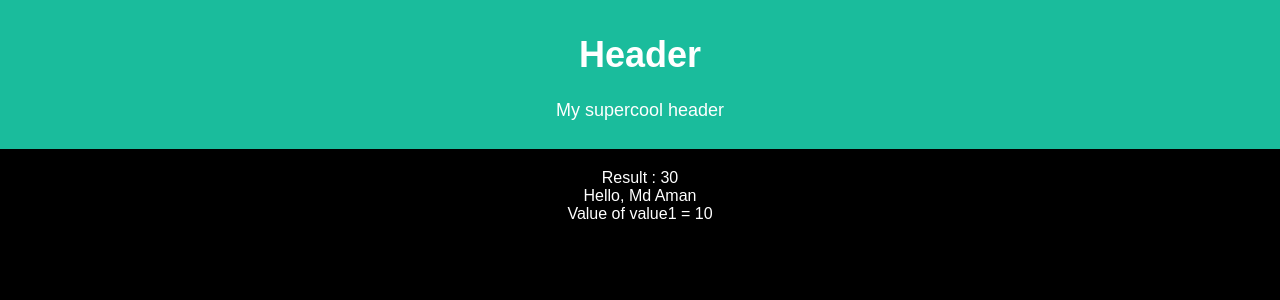
Repository: md-aman-git/Java-Repo-Epam
Page: http://localhost/DemoAppJSP/jspTags.jsp
The author's editor kept a copy of each file at every save. The page is drawn from the files as they stood at one save, then again after the next save.
The browser window is 1280 px wide. The pictures show the whole page.
The page is served by Tomcat 9.

Above is the page before, as saved 2022-03-06 17:26:51.

After the next save:
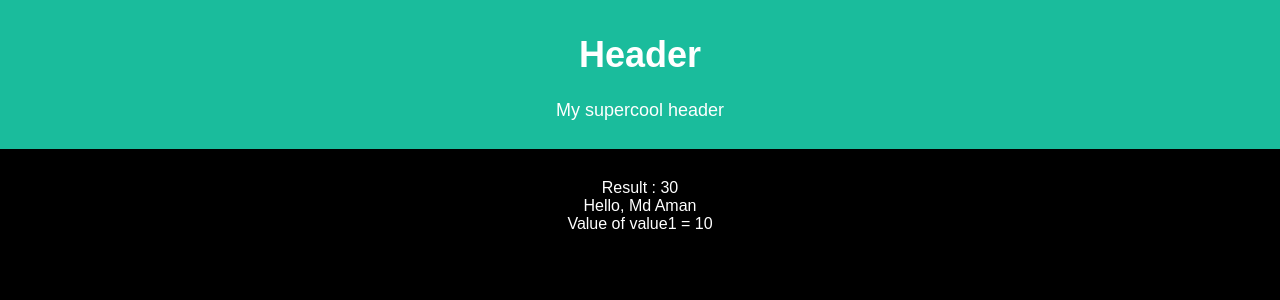
Saved 13 s later.
--- a/JspServlet/DemoAppJSP/src/main/webapp/header.jsp
+++ b/JspServlet/DemoAppJSP/src/main/webapp/header.jsp
@@ -22,7 +22,7 @@ body {
   background: #1abc9c;
   color: white;
   font-size: 18px;
-  margin-bottom: 20px;
+  margin-bottom: 30px;
 }
 
 /* Page Content */
